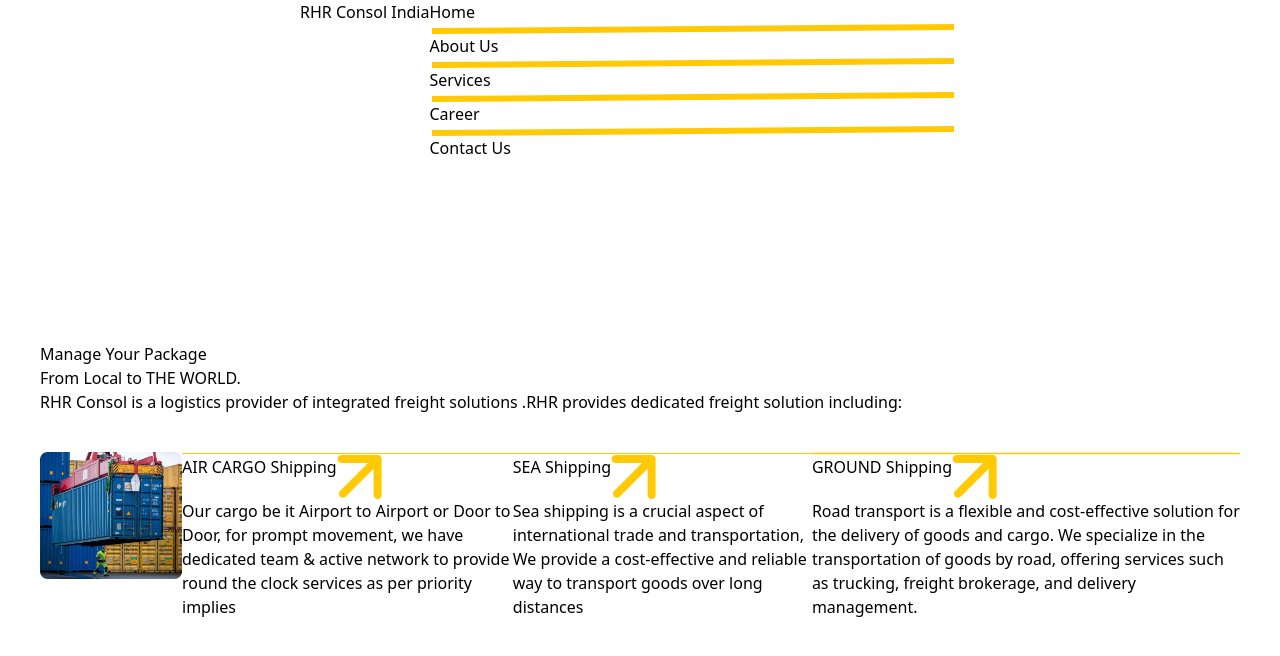
Repository: husainmamuwala/RHRConsol
Page: /services
These files come from the project's save history. The page is drawn as it stood at one moment and after the next save; the edit follows.
The browser window is 1280 px wide. The pictures show the whole page.
The project was rebuilt for these pictures with package versions that can differ from the ones it lists, and the page was loaded fresh each time. The framework's server and built-in components were replaced by stand-ins that run in the browser. Also part of the build but not shown: next.config.js.

Above is the page before, as saved 2023-02-04 10:20:51.

### pages/services.jsx
import React from 'react'
import Navbar from '../Components/Navbar'
import Services from '../Components/Services'

const services = () => {
  return (
    <div>
        <div>
            <Navbar/>
        </div>
        <div>
          <Services/>
        </div>
    </div>
  )
}

export default services

### styles/globals.css
@tailwind base;
@tailwind components;
@tailwind utilities;

@layer base{
    @font-face{
        font-family: "Mulish";
        src: url('/fonts/Mulish.woff') format('woff');
        font-family: 'Montserrat', sans-serif

    }

}

### Components/Navbar.jsx
import React, { useState } from "react";
import Link from "next/link";
import { Bars3Icon, XMarkIcon } from "@heroicons/react/24/solid";

const Navbar = () => {
  const Links = [
    {
      name: "Home",
      link: "/",
    },
    {
      name: "About Us",
      link: "/about",
    },
    {
      name: "Services",
      link: "/services",
    },
    {
        name:"Career",
        link:'/career',
    }
  ];
  const [open, setOpen] = useState(false);
  return (
    <div className="w-full top-0 px-5 bg-[#1C2C5E]">
      <div className="lg:flex justify-between lg:items-center flex py-2">
        <div className="flex items-center">
          <Link href="/">
          <svg
          className="w-16 h-16 " width="auto" height="auto" viewBox="0 0 86 98" fill="none" xmlns="http://www.w3.org/2000/svg">
              <rect x="1" y="24" width="5" height="50" fill="white"/>
              <path d="M35 17L40 14V94H35V17Z" fill="white"/>
              <path d="M36.525 51L36 46H50V51H36.525Z" fill="white"/>
              <path d="M51 80L46 83L46 3L51 4L51 80Z" fill="white"/>
              <path d="M12 66.5375L17 69L17 29L12 29.4875L12 66.5375Z" fill="white"/>
              <path d="M24 49L29 46.3267V22L24 22.3506V49Z" fill="white"/>
              <path d="M24 73.8303L29 75V56L24 56.2316V73.8303Z" fill="white"/>
              <path d="M26.2657 60.4936L29 56L13.5833 47L13.5834 53L26.2657 60.4936Z" fill="white"/>
              <path d="M15.7343 53.7164L13 49.2227L28.4167 40.2227L28.4166 46.2227L15.7343 53.7164Z" fill="white"/>
              <path d="M14.7362 33.7152L12 29.2227L29.1541 19.1742L28.8523 25.3563L14.7362 33.7152Z" fill="white"/>
              <path d="M73.8083 66.586L68.8083 69.0485V29.0485L73.8083 29.536V66.586Z" fill="white"/>
              <path d="M61.8083 49.0485L56.8083 46.3752V22.0485L61.8083 22.3992V49.0485Z" fill="white"/>
              <path d="M61.8083 73.8788L56.8083 75.0485V56.0485L61.8083 56.2801V73.8788Z" fill="white"/>
              <path d="M59.5427 60.5422L56.8084 56.0485L72.225 47.0485L72.225 53.0485L59.5427 60.5422Z" fill="white"/>
              <path d="M70.074 53.7649L72.8083 49.2712L57.3917 40.2712L57.3917 46.2712L70.074 53.7649Z" fill="white"/>
              <path d="M71.0722 33.7638L73.8083 29.2712L56.6543 19.2227L56.9561 25.4048L71.0722 33.7638Z" fill="white"/>
              <rect x="81" y="24" width="5" height="50" fill="white"/>
              <path d="M40.5 1L40.5001 7.49999L3.33602 28.425L0.761346 24.1388L40.5 1Z" fill="white"/>
              <path d="M81 70L86.0001 73.5L46 96.5L46 90L81 70Z" fill="white"/>
              <path d="M83.1641 28.2111L85.7388 23.925L46.0001 0.999995L46.0001 4L46 6.5L83.1641 28.2111Z" fill="white"/>
              <path d="M40 96.5L40.0001 90L3.57476 70L1.00009 74.2861L40 96.5Z" fill="white"/>
        </svg>
          </Link>
        <p className="text-white pl-2 font-semibold lg:font-bold lg:text-2xl lg:tracking-wider">RHR Consol India</p>
        </div>
        <div
          onClick={() => setOpen(!open)}
          className="text-3xl cursor-pointer lg:hidden self-center place-content-end ml-auto mr-5"
        >
          {!open ? <Bars3Icon className="h-10 w-10 text-[#FFCA05]" /> : <XMarkIcon className="h-10 w-10 text-[#FFCA05]" />}
        </div>
        <div className="">
          <ul
            className={`lg:flex lg:flex-row lg:items-center font-Montserrat lg:pb-0 text-white
            absolute lg:static bg-[#1C2C5E] lg:bg-transparent lg:z-auto w-full left-0  lg:pl-0 pl-9 lg:w-auto
            transition-all duration-1000 ease-in top-20 pb-5 rounded-b-2xl z-40
            ${open ? "flex-col" : "hidden"}`}
          >
            {Links.map((link) => (
              <li onClick={() => setOpen(false)} key={link.link} className="
              md:ml-8 text-xl md:text-lg my-7 hover:text-[#FFCA05] transition-all hover:top-1 pl-2">
                <Link href={link.link}>{link.name}</Link>
                <svg
              className="w-[10rem] lg:w-[15rem] lg:ml-14 lg:hidden"
              width="auto"
              height="10"
              viewBox="0 0 262 5"
              fill="none"
              xmlns="http://www.w3.org/2000/svg"
            >
              <line x1="0.988506"y1="3.50004"x2="261.988"y2="1.50004"stroke="#FFCA05"stroke-width="3"/>
            </svg>
              </li>
            ))}
            <div className="py-4 ml-1">
              <a href="/contact">
            <button className="bg-[#FFCA05] rounded-xl px-5 py-1 text-[#1C2C5E] font-Montserrat md:text-lg
            lg:ml-10 hover:scale-105">
                Contact Us
            </button>
              </a>
            </div>
          </ul>
        </div>
      </div>
    </div>
  );
};

export default Navbar;

### Components/Services.jsx
import React, { Component } from 'react';


const Services = () => {
  const Data = [
    {
      main:"AIR CARGO",
      sub:"Shipping",
      icon:"img/a2.png",
      desc:"Our cargo be it Airport to Airport or Door to Door, for prompt movement, we have dedicated team & active network to provide round the clock services as per priority implies",

    },
    {
      main:"SEA",
      sub:"Shipping",
      icon:"img/a2.png",
      desc:"Sea shipping is a crucial aspect of international trade and transportation, We provide a cost-effective and reliable way to transport goods over long distances",

    },
    {
      main:"GROUND",
      sub:"Shipping",
      icon:"img/a2.png",
      desc:"Road transport is a flexible and cost-effective solution for the delivery of goods and cargo. We specialize in the transportation of goods by road, offering services such as trucking, freight brokerage, and delivery management.",

    }
  ];

  return (
    <div className='px-10 py-5'>
      <div className='bg-secondary w-full rounded-[2rem] md:py-10 py-5 md:px-10 px-5'>
        <div className='flex flex-row justify-between'>
          <div className=' text-white'>
            <span className='md:text-6xl text-xl font-bold'>Manage Your Package</span>
            <br />
            <span className='md:text-6xl text-xl font-bold'>From Local to <span className='text-primary'> THE WORLD.</span></span>
            <br />
            <span>RHR Consol is a logistics provider of integrated freight solutions .RHR provides dedicated freight solution including:</span>
          </div>
          <div className=''>
            <img
              src='img/arrow 1.png'
              alt=' ' />
          </div>
        </div>


        <div className='py-5 flex md:flex-row flex-col mt-5'>
          <div className='w-1/2 h-auto'>
            <img
              src='img/service1.png'
              className='' />
          </div>
          <div className='flex flex-col'>
          {
            Data.map((d)=>(
          <div className='pr-28 ml-5'>
            <div className='w-full'>
            <svg width="auto" height="3" viewBox="0 0 900 3" fill="none" xmlns="http://www.w3.org/2000/svg"
            className='w-[53rem]'>
              <line y1="1.5" x2="900" y2="1.5" stroke="#FFCA05" stroke-width="3" />
            </svg>
            </div>
            <div className='flex flex-row justify-between mt-3'>
              <p className='text-white font-semibold text-3xl'>
                <span className='text-primary'>{d.main}{" "}</span>{d.sub}</p>
              <img
                src={d.icon} />
            </div>
            <p className='text-white pr-10 pb-2'>{d.desc}</p>
          </div>
            ))
          }
          </div>
        </div>
      </div>
    </div>
  )
}

export default Services;

### tailwind.config.js
/** @type {import('tailwindcss').Config} */
module.exports = {
  content: [
    "./pages/**/*.{js,ts,jsx,tsx}",
    "./components/**/*.{js,ts,jsx,tsx}",
  ],
  theme: {
    extend: {
      fontFamily: {
        mulish:'Mulish'
      },
      colors:{
        primary:"#FFCA05",
        secondary:"#1C2C5E",
      }
    },
  },
  plugins: [

  ],
}

Loaded but not shown: pages/_app.js (common file)

After the next save:
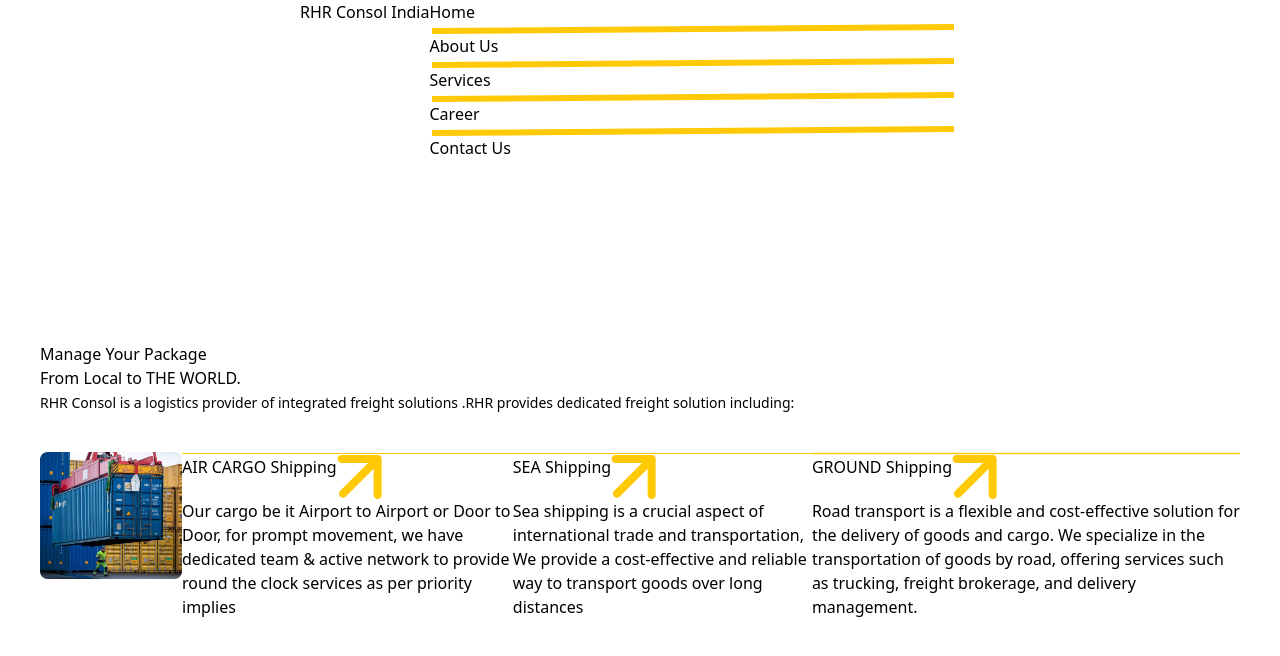
Saved 31 s later.
--- a/Components/Services.jsx
+++ b/Components/Services.jsx
@@ -35,7 +35,7 @@
             <br />
             <span className='md:text-6xl text-xl font-bold'>From Local to <span className='text-primary'> THE WORLD.</span></span>
             <br />
-            <span>RHR Consol is a logistics provider of integrated freight solutions .RHR provides dedicated freight solution including:</span>
+            <span className='text-sm'>RHR Consol is a logistics provider of integrated freight solutions .RHR provides dedicated freight solution including:</span>
           </div>
           <div className=''>
             <img
